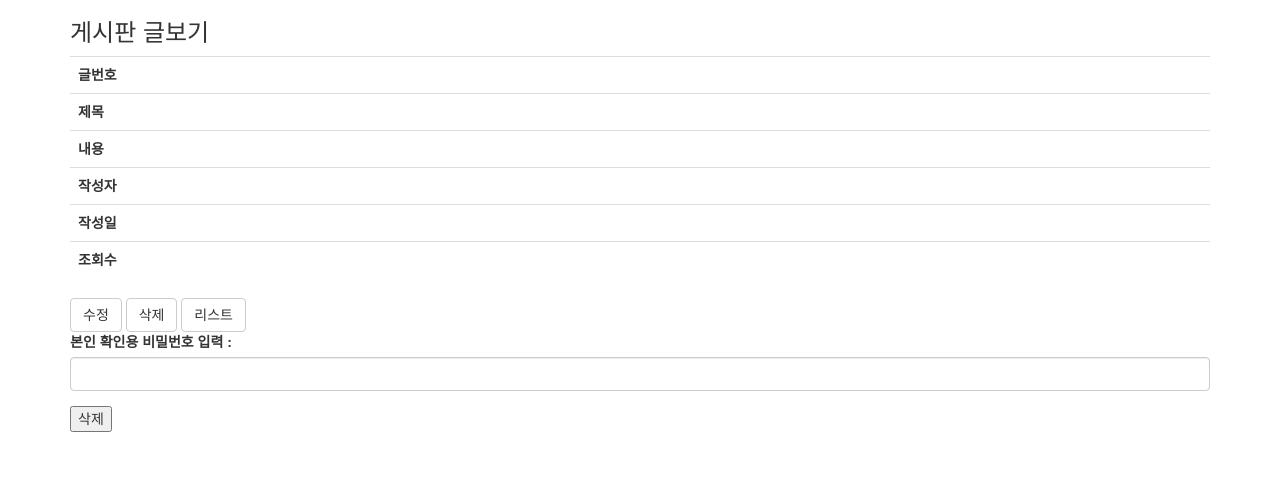
Repository: nsj2204/spring2
Page: http://localhost/ex01/WEB-INF/views/board/view.jsp
These files come from the project's save history. The page is drawn as it stood at one moment and after the next save; the edit follows.
The browser window is 1280 px wide. The pictures show the whole page.
The page is served by Tomcat 9. Nobody is signed in. Other server files are loaded and not shown. The template is opened directly, without the code that normally fills it, so the values that code supplies are empty.

Above is the page before, as saved 2023-04-07 01:16:37.

### ex01/src/main/webapp/WEB-INF/views/board/view.jsp
<%@ page language="java" contentType="text/html; charset=UTF-8"
    pageEncoding="UTF-8"%>
<%@ taglib prefix="fmt" uri="http://java.sun.com/jsp/jstl/fmt" %>
<!DOCTYPE html>
<html>
<head>
<meta charset="UTF-8">
<title>Insert title here</title>
	<meta name="viewport" content="width=device-width, initial-scale=1">
	<link rel="stylesheet" href="https://maxcdn.bootstrapcdn.com/bootstrap/3.4.1/css/bootstrap.min.css">
	<script src="https://ajax.googleapis.com/ajax/libs/jquery/3.6.3/jquery.min.js"></script>
	<script src="https://maxcdn.bootstrapcdn.com/bootstrap/3.4.1/js/bootstrap.min.js"></script>
</head>
<body>
<div class="container">
	<h3>게시판 글보기</h3>

	<table class="table">
		<tbody>
			<tr>
				<th>글번호</th>
				<td>${vo.no }</td>
			</tr>
			<tr>
				<th>제목</th>
				<td>${vo.title }</td>
			</tr>
			<tr>
				<th>내용</th>
				<td>${vo.content }</td>
			</tr>
			<tr>
				<th>작성자</th>
				<td>${vo.writer }</td>
			</tr>
			<tr>
				<th>작성일</th>
				<td><fmt:formatDate pattern="yyyy-MM-dd" value="${vo.writeDate }"/></td>
			</tr>
			<tr>
				<th>조회수</th>
				<td><fmt:formatNumber pattern="#,###" value="${vo.hit }" /></td>
			</tr>
		</tbody>
	</table>

	<a href="update.do?no=${vo.no }" class="btn btn-default">수정</a>
	<a href="#" class="btn btn-default" onclick="return false">삭제</a>
	<a href="list.do" class="btn btn-default">리스트</a>
	<div id="deleteDiv">
	<form action="delete.do" method="post">
		<input name="no" value="${vo.no }" type="hidden">
		<div class="form-group">
		<label>본인 확인용 비밀번호 입력 :</label>
		<input name="pw" class="form-control">
		</div>
		<button>삭제</button>
	</form>
	</div>
</div>
<div>${vo }</div>
</body>
</html>

After the next save:
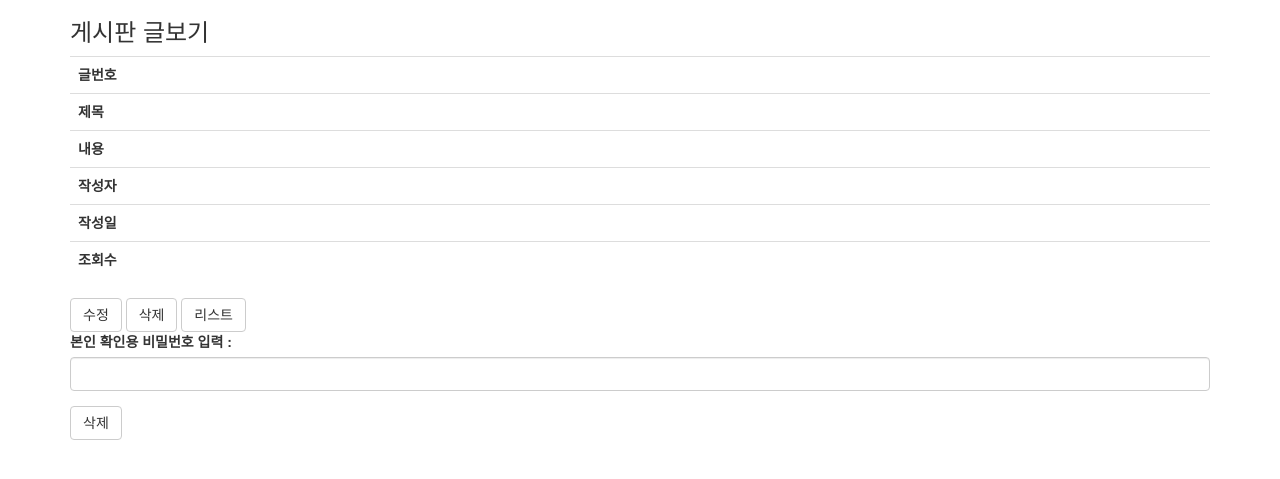
Saved 15 s later.
--- a/ex01/src/main/webapp/WEB-INF/views/board/view.jsp
+++ b/ex01/src/main/webapp/WEB-INF/views/board/view.jsp
@@ -54,7 +54,7 @@
 		<label>본인 확인용 비밀번호 입력 :</label>
 		<input name="pw" class="form-control">
 		</div>
-		<button>삭제</button>
+		<button class="btn btn-default">삭제</button>
 	</form>
 	</div>
 </div>
